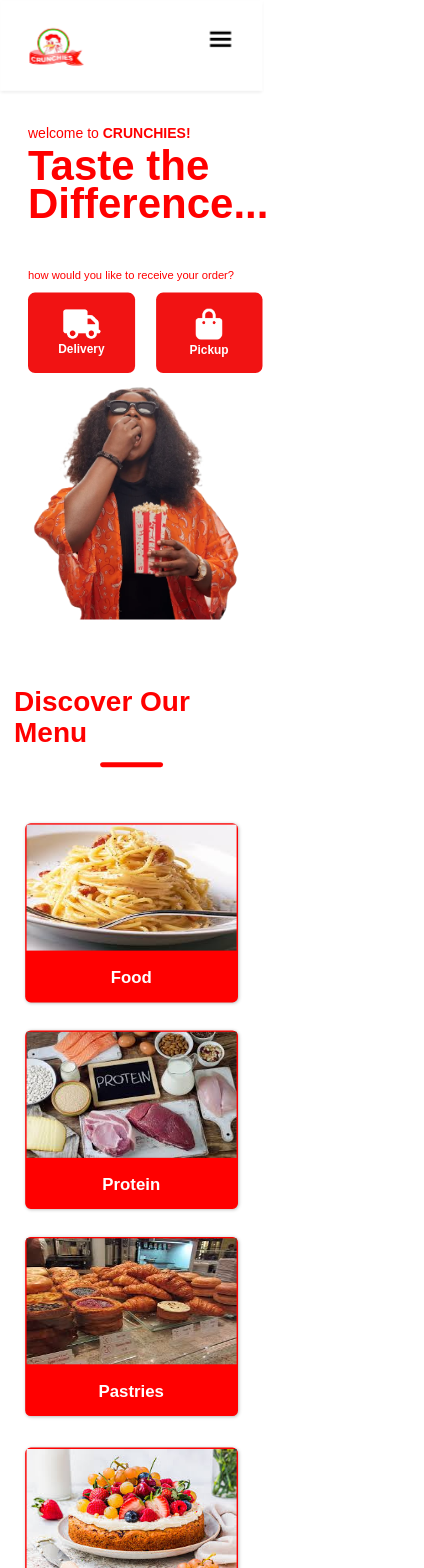
Repository: trenzyfx1/crunches-online-
Page: index.html
An editor plug-in stored every save of this project. The page is shown before and after the next save, followed by the edit.
The browser window is 375 px wide. The page is 383 px wide, then 605 px, then 383 px, so the pictures cover 605 px, including what lies to the right of the window. The pictures show the part of the page from y = 0 to 2240 px (the page is 9118 px tall before and 12749 px after), at 70% of full size.

Above is the page before, as saved 2025-04-13 17:15:41.

After the next save:
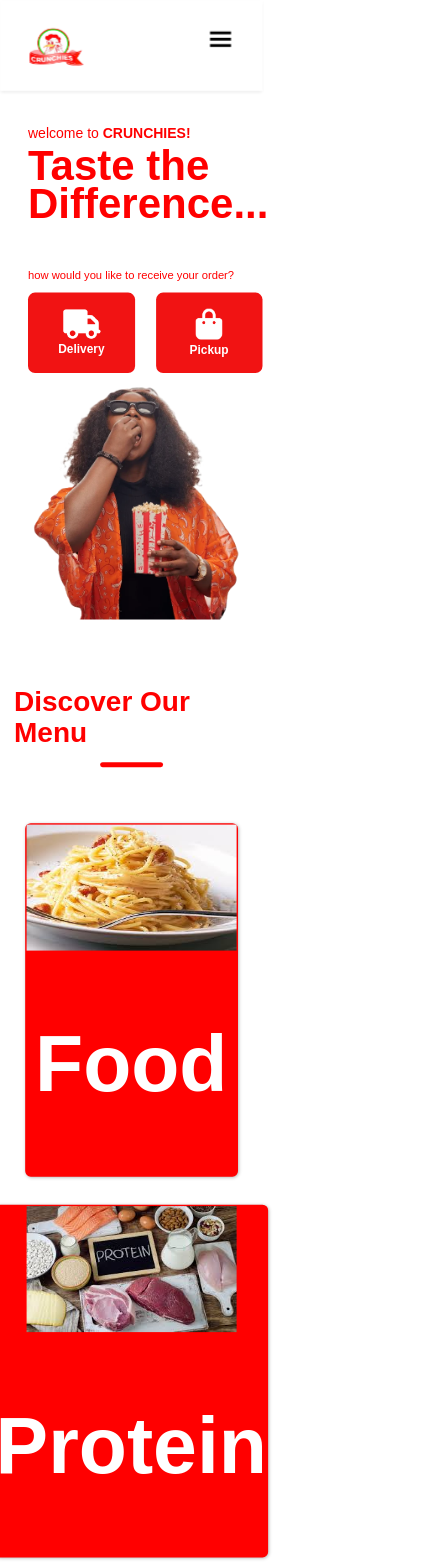
Saved 4 s later.
--- a/style.css
+++ b/style.css
@@ -748,7 +748,7 @@
 
 
     h1 {
-        font-size: ;
+        font-size: 30vw;
     }
 
 

After the save that followed:
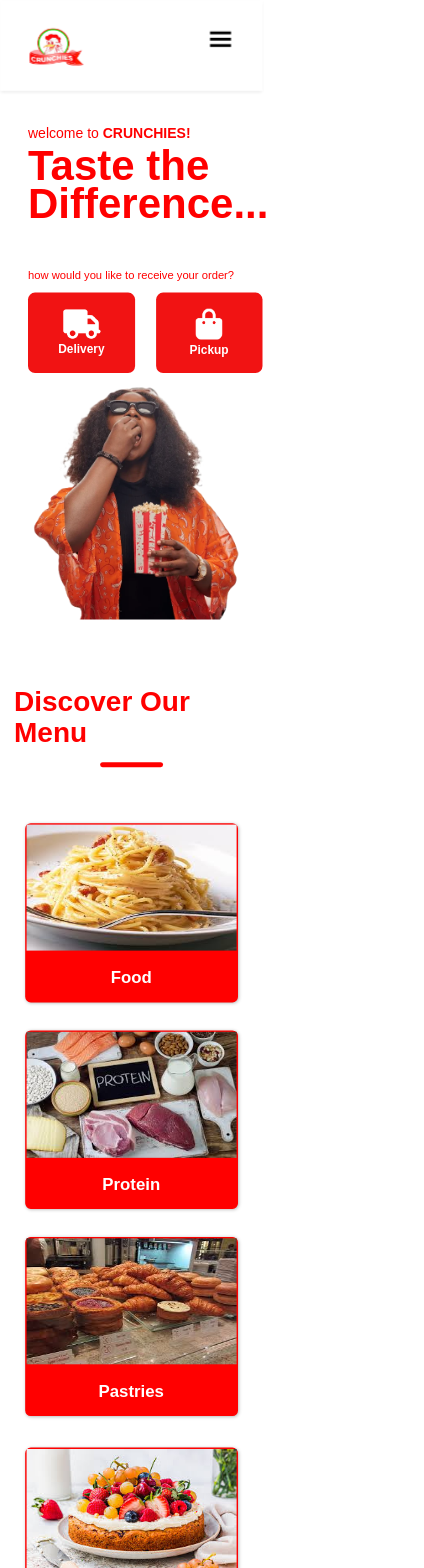
Saved 23 s later.
--- a/style.css
+++ b/style.css
@@ -748,7 +748,7 @@
 
 
     h1 {
-        font-size: 30vw;
+        /* font-size: 30vw; */
     }
 
 
